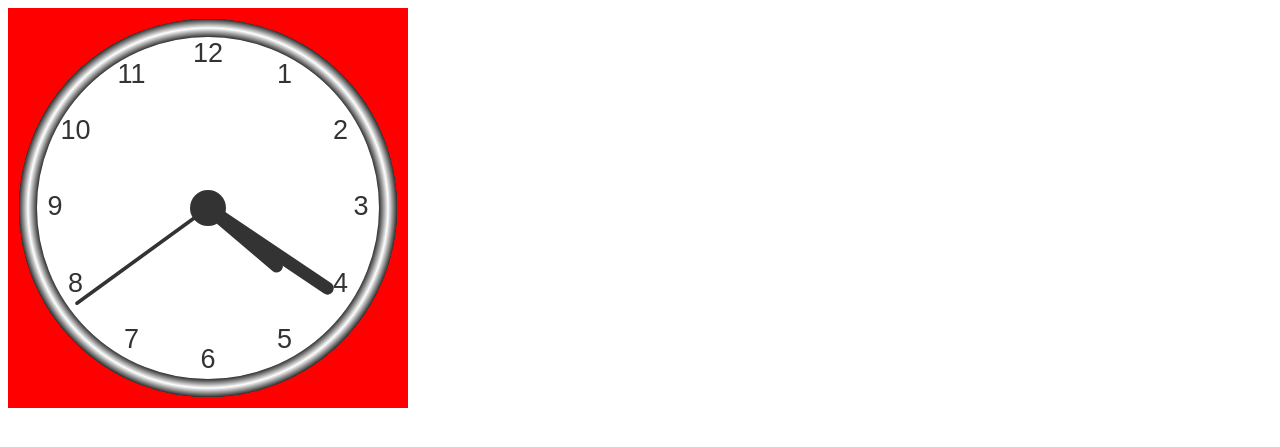
Repository: ManojAndroid/WellcomeToAndroidApp
Page: AddressBook_App/Canvas_Project/WebContent/Clock.html
The author's editor kept a copy of each file at every save. The page is drawn from the files as they stood at one save, then again after the next save.
The browser window is 1280 px wide. The pictures show the whole page.

Above is the page before, as saved 2017-04-20 13:06:17.

After the next save:
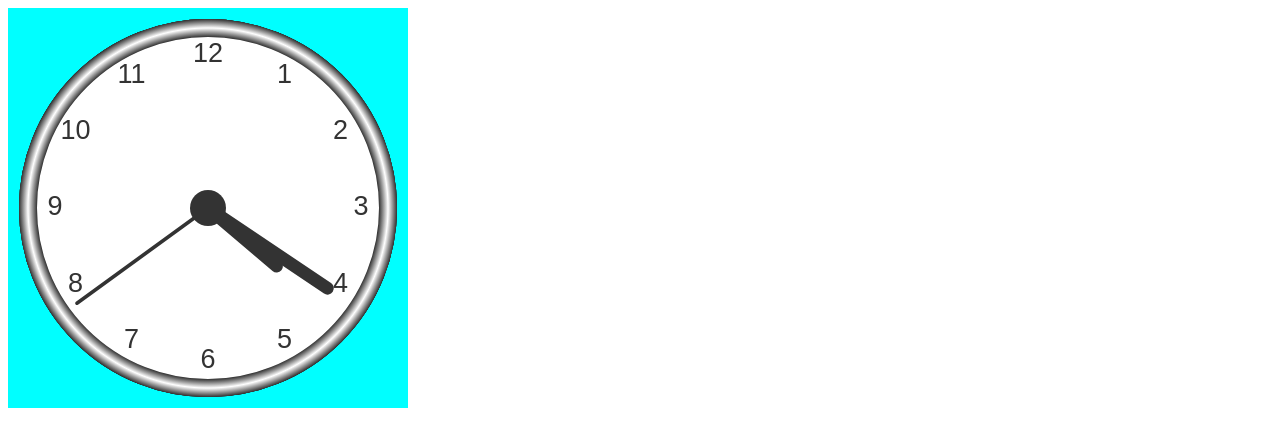
Saved 22 s later.
--- a/AddressBook_App/Canvas_Project/WebContent/Clock.html
+++ b/AddressBook_App/Canvas_Project/WebContent/Clock.html
@@ -3,7 +3,7 @@
 <body>
 
 <canvas id="canvas" width="400" height="400"
-style="background-color:red">
+style="background-color:cyan">
 </canvas>
 
 <script>
